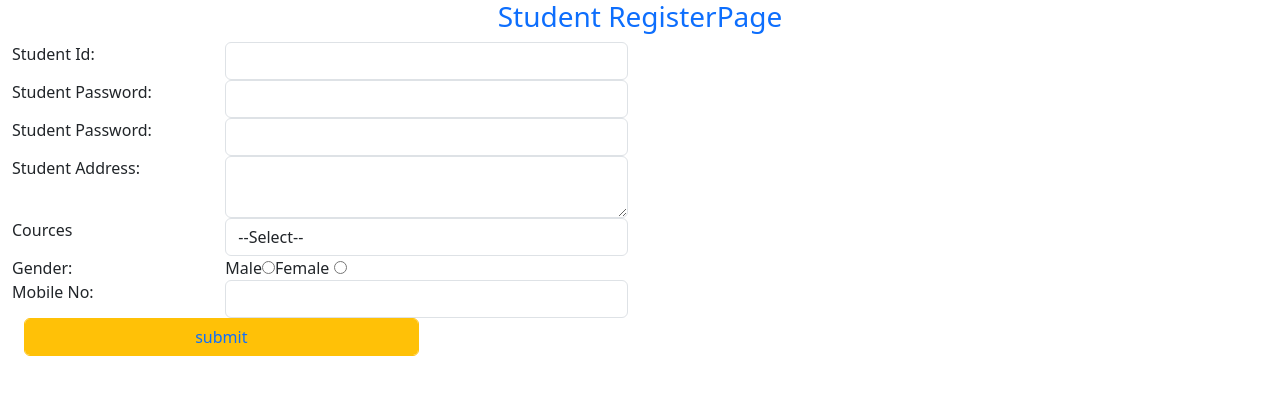
Repository: speaktwojitendra/WareHouseApp
Page: http://localhost/StudentRegister
The author's editor kept a copy of each file at every save. The page is drawn from the files as they stood at one save, then again after the next save.
The browser window is 1280 px wide. The pictures show the whole page.
The page is this project's Thymeleaf template; nobody is signed in. The template is opened directly, without the code that normally fills it, so the values that code supplies are empty.

Above is the page before, as saved 2026-01-11 10:40:08.

### student1App/src/main/resources/templates/StudentRegister.html
<!DOCTYPE html>
<html>
<head>
<meta charset="UTF-8">
<link rel="stylesheet" href="https://cdn.jsdelivr.net/npm/bootstrap@5.3.3/dist/css/bootstrap.min.css" integrity="sha384-QWTKZyjpPEjISv5WaRU9OFeRpok6YctnYmDr5pNlyT2bRjXh0JMhjY6hW+ALEwIH" crossorigin="anonymous">
<title>Insert title here</title>
</head>
<body>
<h3  class="text-center text-primary">Student RegisterPage</h3>

<div class="container-fluid">


<form action="/student/save" method="post">

<div class="row">
<div class="col-2">Student Id:</div>
<div class="col-4"> <input type="text" name="id" class="form-control">  </div>
<div class="col-6" id="iderr"></div>

</div>



<div class="row">
<div class="col-2">Student Password:</div>
<div class="col-4"> <input type="text" name="password" class="form-control">  </div>
<div class="col-6" id="passerr"></div>

</div>


<div class="row">
<div class="col-2">Student Password:</div>
<div class="col-4"> <input type="text" name="name" class="form-control">  </div>
<div class="col-6" id="nameerr"></div>

</div>


<div class="row">
<div class="col-2">Student Address:</div>
<div class="col-4"> <textarea rows="" cols="" name="address" class="form-control"></textarea>  </div>
<div class="col-6" id="iderr"></div></div>


<div class="row">
<div class="col-2">Cources</div>
<div class="col-4"> <select name="cource" class="form-control" >
<option value="-1">--Select--</option>
<option value="Java">Java</option>
<option value=".Net">.Net</option>
<option value="UI">Ui</option>
<option value="Python">Python</option>

</select></div>
<div class="col-6" id="iderr"></div></div>
<div class="row">
<div class="col-2">Gender:</div>
<div class="col-4"> Male<input type="radio" name="gender" value="male">Female <input type="radio" name="gender" value="female" ></div>
<div class="col-6" id="iderr"></div></div>


<div class="row">
<div class="col-2">Mobile No:</div>
<div class="col-4"> <input type="number" name="contact" class="form-control">  </div>
<div class="col-6" id="nameerr"></div>

</div>

<div class="container-fluid">

<div class="row">

<div class="col-4"><input type=submit value=submit class="form-control col4 text-primary btn btn-warning"></div>


</div>


</div>




</form>

</div>
</body>
</html>

After the next save:
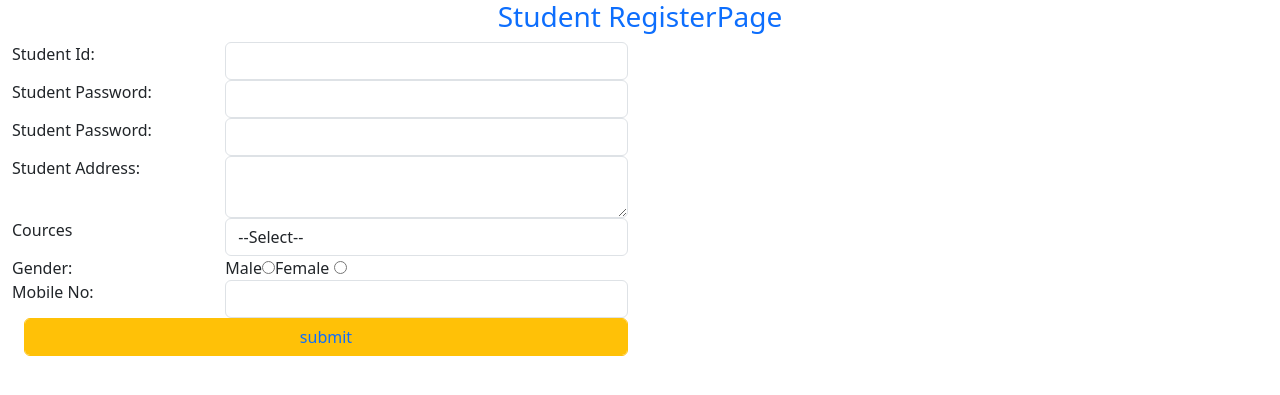
Saved 51 s later.
--- a/student1App/src/main/resources/templates/StudentRegister.html
+++ b/student1App/src/main/resources/templates/StudentRegister.html
@@ -72,7 +72,7 @@
 
 <div class="row">
 
-<div class="col-4"><input type=submit value=submit class="form-control col4 text-primary btn btn-warning"></div>
+<div class="col-6"><input type=submit value=submit class="form-control col4 text-primary btn btn-warning"></div>
 
 
 </div>
